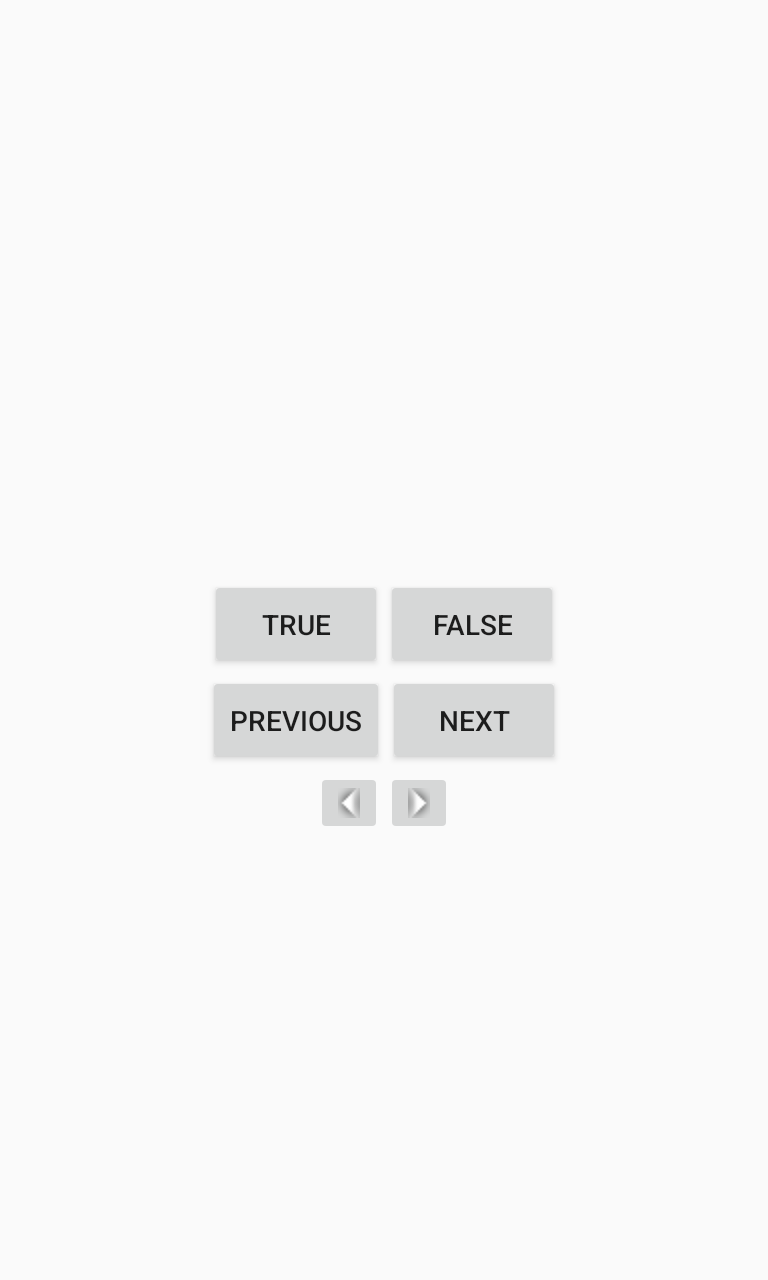
Repository: DaleJulian/AndroidTraining
Layout: GeoQuiz/res/layout/activity_quiz.xml
The author's editor kept a copy of each file at every save. The layout is drawn from the files as they stood at one save, then again after the next save.
It is drawn on a 768 x 1280 px phone screen (xhdpi) without system bars, with theme AppTheme; the app's code is not run.

Above is the layout before, as saved 2015-05-26 04:18:46.

### GeoQuiz/res/layout/activity_quiz.xml
<LinearLayout xmlns:android="http://schemas.android.com/apk/res/android"
	android:layout_width="match_parent"
	android:layout_height="match_parent"
	android:gravity="center"
	android:orientation="vertical" >

    <TextView
        android:id="@+id/question_text_view"
        android:layout_width="wrap_content"
        android:layout_height="wrap_content"
        android:padding="24dp"
    />

	<LinearLayout
		android:layout_width="wrap_content"
		android:layout_height="wrap_content"
		android:orientation="horizontal" >
		<Button
			android:id="@+id/true_button"
			android:layout_width="wrap_content"
			android:layout_height="wrap_content"
			android:text="@string/button_true" />
		<Button
		    android:id="@+id/false_button"
			android:layout_width="wrap_content"
			android:layout_height="wrap_content"
			android:text="@string/button_false" />
	</LinearLayout>

	<LinearLayout
	    android:layout_width="wrap_content"
	    android:layout_height="wrap_content"
	    android:orientation="horizontal">

		<Button
		    android:id="@+id/prev_button"
		    android:layout_width="wrap_content"
		    android:layout_height="wrap_content"
		    android:text="@string/button_previous"

		    />
		<Button
		    android:id="@+id/next_button"
		    android:layout_width="wrap_content"
		    android:layout_height="wrap_content"
		    android:text="@string/button_next"

		    />

	</LinearLayout>


	<LinearLayout
	    android:layout_width="wrap_content"
	    android:layout_height="wrap_content"
		android:orientation="horizontal" >

		<ImageButton
		    android:id="@+id/prev_button_mini"
		    android:layout_width="wrap_content"
		    android:layout_height="wrap_content"
		    android:src="@drawable/arrow_left" />

		<ImageButton
		    android:id="@+id/next_button_mini"
		    android:layout_width="wrap_content"
		    android:layout_height="wrap_content"
		    android:src="@drawable/arrow_right" />

	</LinearLayout>

</LinearLayout>

### GeoQuiz/res/values/strings.xml
<?xml version="1.0" encoding="utf-8"?>
<resources>

    <string name="app_name">GeoQuiz</string>
    <string name="question_text">Constantinople is the largest city in Turkey</string>
    <string name="button_true">True</string>
    <string name="button_false">False</string>
    <string name="correct_toast">Correct!</string>
    <string name="incorrect_toast">Incorrect!</string>
    <string name="action_settings">Settings</string>
    <string name="button_next">Next</string>
    <string name="button_previous">Previous</string>
	<string name="question_oceans">The Pacific Ocean is larger than the Atlantic Ocean.</string>
	<string name="question_mideast">The Suez Canal connects the Red Sea and the Indian Ocean.</string>
	<string name="question_africa">The source of the Nile River is in Egypt. </string>
	<string name="question_americas">The Amazon River is the longest river in America.</string>
	<string name="question_asia">Lake Baikal is the world\'s oldest and deepest freshwater lake.</string>

</resources>

Loaded but not shown: GeoQuiz/res/values/styles.xml (common file); GeoQuiz/res/values-v11/styles.xml (common file); GeoQuiz/res/values-v14/styles.xml (common file)

After the next save:
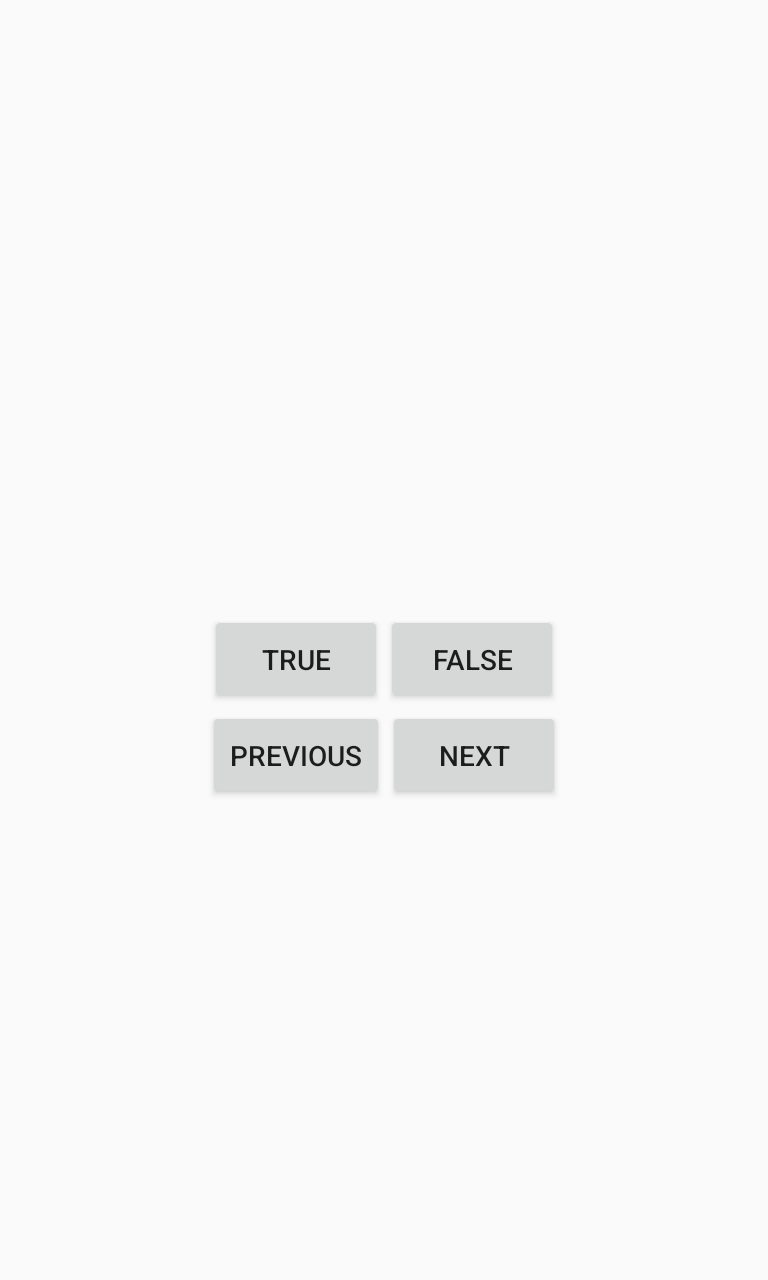
Saved 7 min 22 s later.
--- a/GeoQuiz/res/layout/activity_quiz.xml
+++ b/GeoQuiz/res/layout/activity_quiz.xml
@@ -55,17 +55,7 @@
 	    android:layout_height="wrap_content"
 		android:orientation="horizontal" >
 
-		<ImageButton
-		    android:id="@+id/prev_button_mini"
-		    android:layout_width="wrap_content"
-		    android:layout_height="wrap_content"
-		    android:src="@drawable/arrow_left" />
 
-		<ImageButton
-		    android:id="@+id/next_button_mini"
-		    android:layout_width="wrap_content"
-		    android:layout_height="wrap_content"
-		    android:src="@drawable/arrow_right" />
 
 	</LinearLayout>
 
